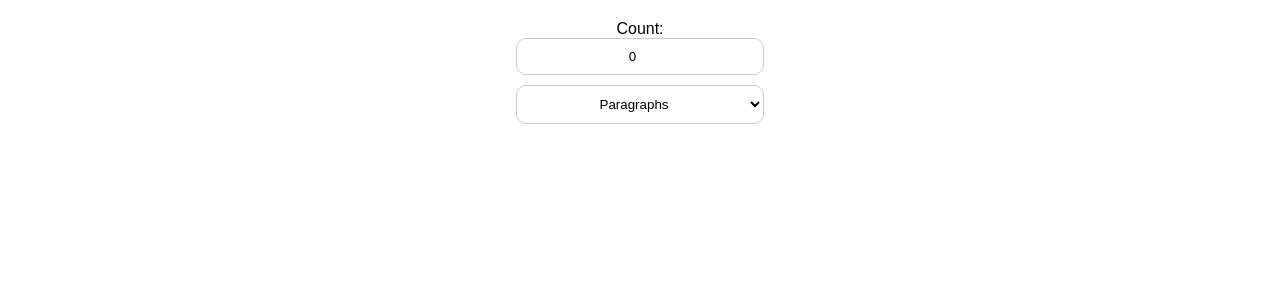
Repository: sriram1224/lorem-generator
Page: /
The author's editor kept a copy of each file at every save. The page is drawn from the files as they stood at one save, then again after the next save.
The browser window is 1280 px wide. The pictures show the whole page.
The project was rebuilt for these pictures with package versions that can differ from the ones it lists, and the page was loaded fresh each time.

Above is the page before, as saved 2024-03-11 21:58:58.

After the next save:
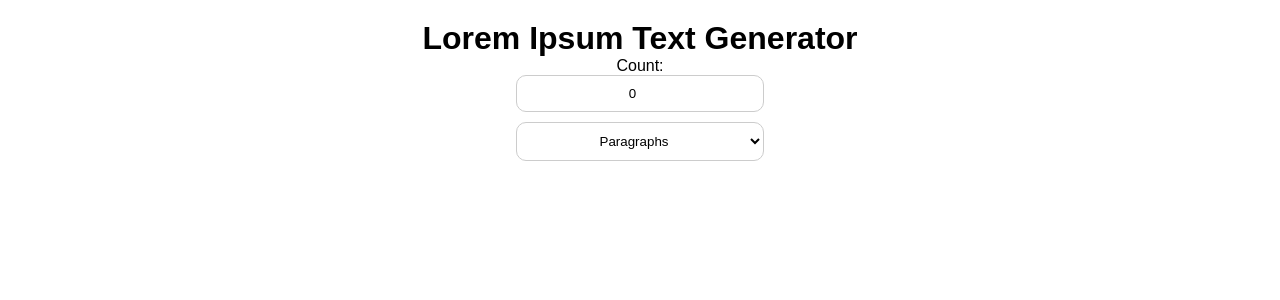
Saved 11 s later.
--- a/src/Components/lorem.js
+++ b/src/Components/lorem.js
@@ -48,7 +48,7 @@ const LoremGenerator = () => {
 
   return (
       <div>
-          <div><h1></h1></div>
+          <div><h1>Lorem Ipsum Text Generator</h1></div>
       <label>
         Count:
         <div>
